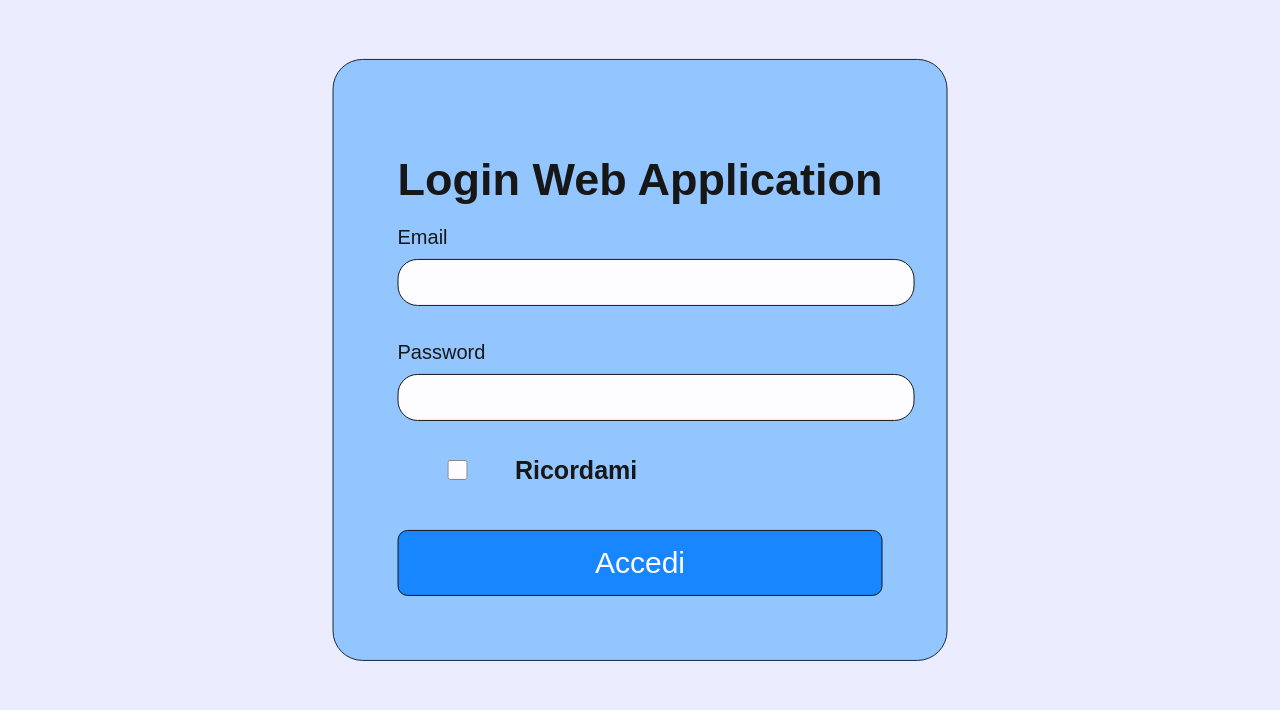
Repository: GabrielCellammare/WebApplication-SA-CyberSecurity
Page: http://localhost/WebProject-CellammareGabriel_ApplicationSecurity_/userNotLogged/login.jsp
An editor plug-in stored every save of this project. The page is shown before and after a run of saves, followed by the edit.
The browser window is 1280 px wide. The pictures show the whole page.
The page is served by Tomcat 9. Nobody is signed in. The application's start-up code is not run. Other server files are loaded and not shown.

Above is the page before, as saved 2024-01-15 07:33:44.

### WebProject-CellammareGabriel(ApplicationSecurity)/WebContent/userNotLogged/login.jsp
<%@ page language="java" contentType="text/html; charset=UTF-8"
    pageEncoding="UTF-8"%>
<!DOCTYPE html>
<html>
    <head>
        <title>Login Web Application</title>
        <style>
         	<%@include file="/WEB-INF/css/styleLogin.css"%>
         </style>
    </head>
    <body>
        <div class="container">
            <h1>Login Web Application</h1>
            <form action="login.do" method="post">
                <div class="field">
                    <label for="email">Email</label>
                    <input type="email" name="email" id="email" required>
                </div>
                <div class="field">
                    <label for="password">Password</label>
                    <input type="password" name="password" id="password" required>
                </div>
                <div class="field">
                    <input type="checkbox" name="remember" id="remember">
                    <label for="remember">Ricordami</label>
                </div>
                <input type="submit" value="Accedi">
            </form>
        </div>
    </body>
</html>

### WebProject-CellammareGabriel(ApplicationSecurity)/WebContent/WEB-INF/css/styleLogin.css
body {
	font-family: sans-serif;
	background-color: #ececff;
}

.container {
	margin: 0 auto;
	max-width: 80vw;
  	padding: 5vw;;
	background-color: #8ac1ff;
	opacity: 0.9;
	border-radius: 30px;
	border: 1px solid #001328;
	position: absolute;
	top: 50%;
	left: 50%;
	transform: translate(-50%, -50%);
}

h1 {
	text-align: center;
	font-size: 45px;
	font-weight: bold;
	margin-bottom: 20px;
}

p {
	text-align: center;
	font-size: 30px;
	margin-bottom: 20px;
}

.field {
	margin-bottom: 35px;
}

label {
	display: block;
	margin-bottom: 10px;
	font-size: 20px;

}

label[for="remember"]{
	display:inline-block;
	vertical-align:middle;
	font-weight: bold;
	font-size:25px;

}

input {
	width: 100%;
	padding: 15px;
	border: 1px solid black;
	border-radius: 20px;
}

input[type="checkbox"] {
  width: 100px;
  height: 20px;
  margin-left: 10px;
}

.remember-checkbox {
  float: none;
  display: inline-block;
  margin-left: 5px;


}

.btn {
  display: inline-block;
  padding: 10px 20px;
  margin-top: 10px;
  margin-bottom: 5px;
  background-color: #6c757d;
  color: #fff;
  border: 1px solid black;
  border-radius: 10px;
  cursor: pointer;
  text-decoration:none;
}

input[type="submit"] {
	background-color: #007bff;
	color: #fff;
	border: 1px solid black;
	border-radius: 10px;
	cursor: pointer;
	font-size: 30px;
}

After the next 3 saves:
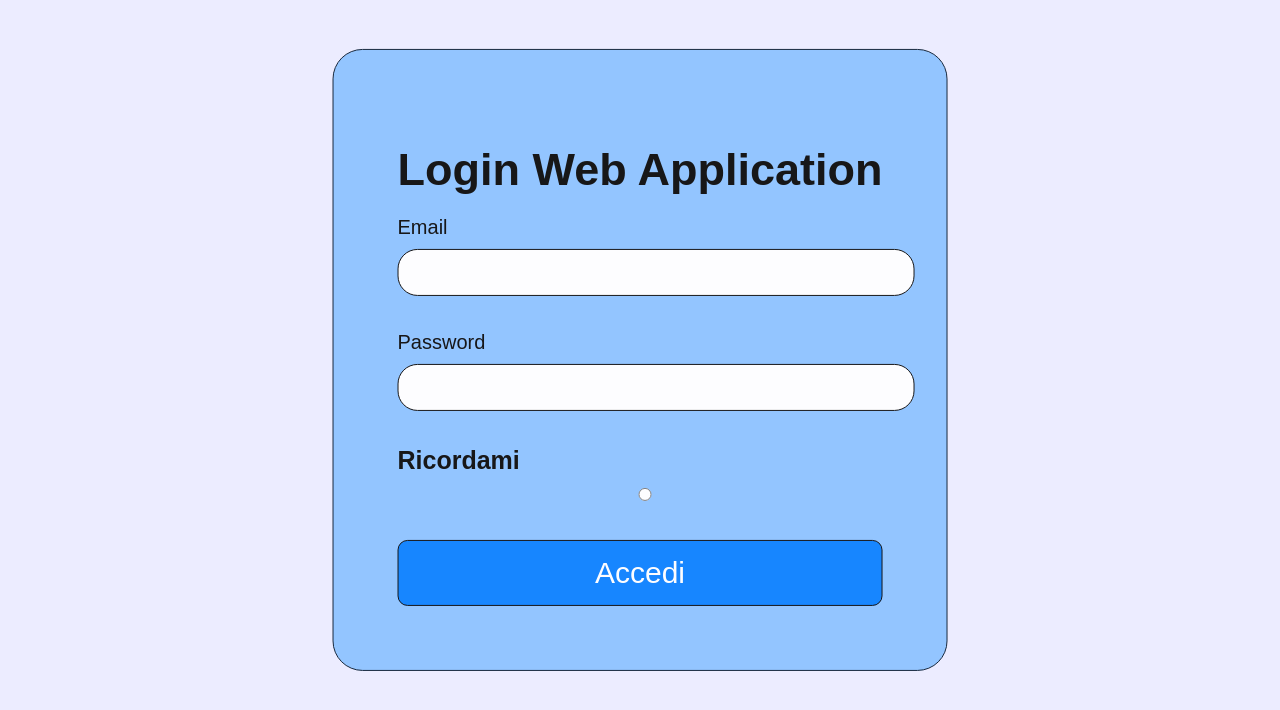
The 3 saves are shown as one change because 1 did not build or start and some came seconds apart.
The last was saved 7 min 3 s later.
--- a/WebProject-CellammareGabriel(ApplicationSecurity)/WebContent/userNotLogged/login.jsp
+++ b/WebProject-CellammareGabriel(ApplicationSecurity)/WebContent/userNotLogged/login.jsp
@@ -21,9 +21,9 @@
                     <input type="password" name="password" id="password" required>
                 </div>
                 <div class="field">
-                    <input type="checkbox" name="remember" id="remember">
-                    <label for="remember">Ricordami</label>
-                </div>
+				  <label for="remember">Ricordami</label>
+				  <input type="radio" name="remember" id="remember">
+				</div>
                 <input type="submit" value="Accedi">
             </form>
         </div>

After the save that followed:
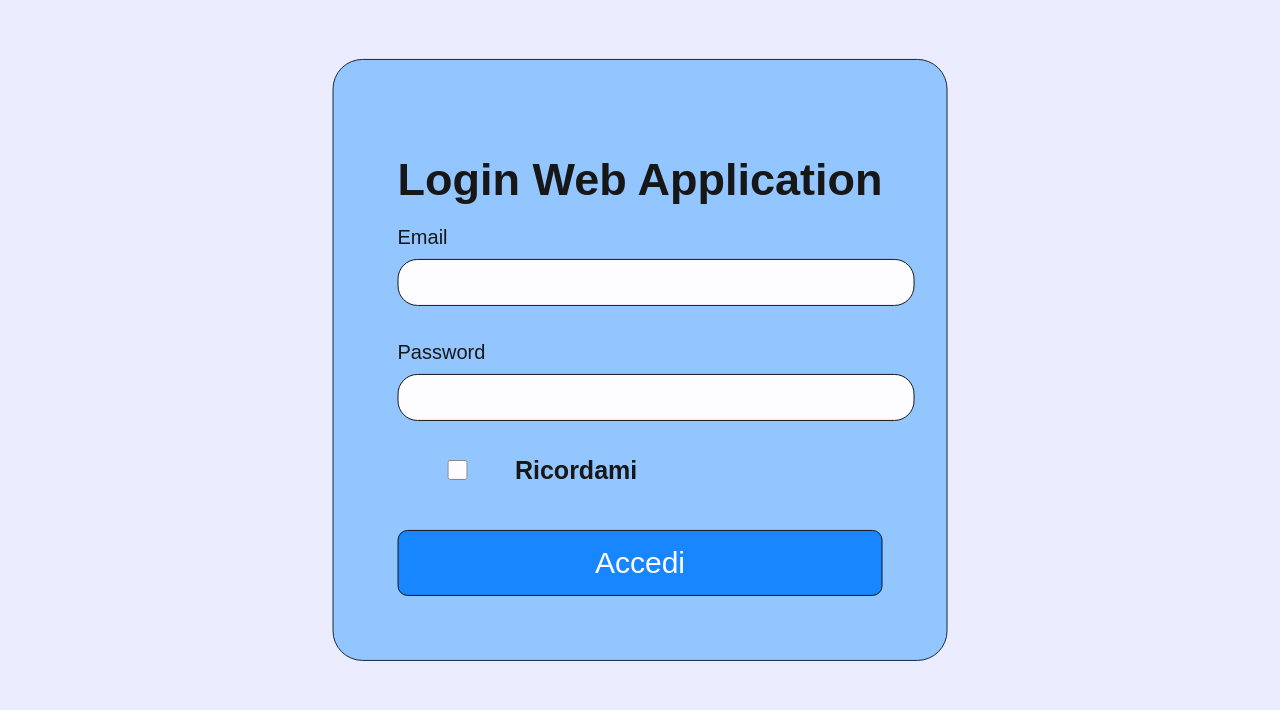
Saved 15 s later.
--- a/WebProject-CellammareGabriel(ApplicationSecurity)/WebContent/userNotLogged/login.jsp
+++ b/WebProject-CellammareGabriel(ApplicationSecurity)/WebContent/userNotLogged/login.jsp
@@ -21,9 +21,9 @@
                     <input type="password" name="password" id="password" required>
                 </div>
                 <div class="field">
-				  <label for="remember">Ricordami</label>
-				  <input type="radio" name="remember" id="remember">
-				</div>
+                    <input type="checkbox" name="remember" id="remember">
+                    <label for="remember">Ricordami</label>
+                </div>
                 <input type="submit" value="Accedi">
             </form>
         </div>
